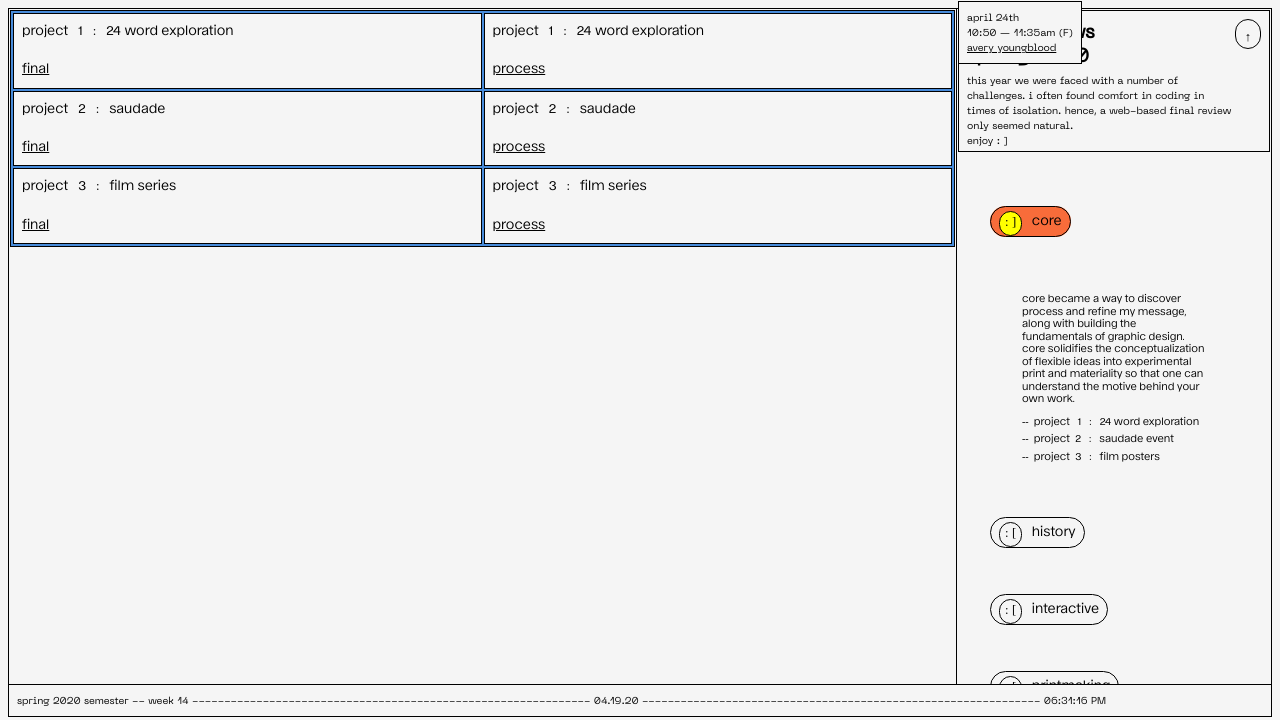
Repository: ayoungblood2/Spring-Semester-2020
Page: index v2/classes/core.html
The author's editor kept a copy of each file at every save. The page is drawn from the files as they stood at one save, then again after the next save.
The browser window is 1280 px wide. The pictures show the whole page.
Some web libraries are served in a nearby version.

Above is the page before, as saved 2020-04-19 21:39:25.

### index v2/classes/core.html
<html lang="en">

    <head>

        <meta charset="UTF-8">
        <meta name="viewport" content="width=device-width, initial-scale=1.0">
        <meta http-equiv="X-UA-Compatible" content="ie=edge">
        <link rel="stylesheet" href="/index v2/assets/css/main.css">

        <link rel="apple-touch-icon" sizes="180x180" href="/index v2/assets/icon/favicon_io/apple-touch-icon.png">
        <link rel="icon" type="image/png" sizes="32x32" href="/index v2/assets/icon/favicon_io/favicon-32x32.png">
        <link rel="icon" type="image/png" sizes="16x16" href="/index v2/assets/icon/favicon_io/favicon-16x16.png">

        <!-- <META HTTP-EQUIV="refresh" CONTENT="5; URL=http://127.0.0.1:5500/index%20v2/index2.html"> -->


        <title> : ] [ :</title>


    </head>

    <body class="none">


        <div id="coords" data-html2canvas-ignore="true" style="color: black; top: 747px; left: 58px;">click(48,737)
        </div>


        <main class="Main">

            <!-- <header class="PageHeader PageHeader--home">

                <section class="PageHeader-classInfo">
                    april 24th
                    <br>10:50 — 11:35am (F)
                    <br><a href="https://www.art.yale.edu/AveryYoungblood" target="_blank"
                        class="PageHeader--link">avery
                        youngblood</a>
                </section>
            </header>

            <header class="PageHeader PageHeader--home">
                <section class="PageHeader-classInfo">
                    welcome,
                    <br> please email me
                    <br><a href="avery.youngblood@yale.edu" class="PageHeader--link">feedback here</a>
                </section>
            </header> -->




            <header class="grid-container">
                <a href="/index v2/classes/core-prct1-1.html" class="PageHeader--link--2">
                    <section class="grid-item">
                        project&nbsp;&nbsp;&nbsp;1&nbsp;&nbsp;&nbsp;:&nbsp;&nbsp;&nbsp;24 word
                        exploration
                        <br>&nbsp;
                        <br><span style="text-decoration: underline;">final</span>
                    </section>
                </a>

                <a href="/index v2/classes/core-prct1-2.html" class="PageHeader--link--2">
                    <section class="grid-item">
                        project&nbsp;&nbsp;&nbsp;1&nbsp;&nbsp;&nbsp;:&nbsp;&nbsp;&nbsp;24 word
                        exploration
                        <br>&nbsp;
                        <br><span style="text-decoration: underline;">process</span>
                    </section>
                </a>

                <a href="/index v2/classes/core-prct2-1.html" class="PageHeader--link--2">
                    <section class="grid-item">
                        project&nbsp;&nbsp;&nbsp;2&nbsp;&nbsp;&nbsp;:&nbsp;&nbsp;&nbsp;saudade
                        <br>&nbsp;
                        <br><span style="text-decoration: underline;">final</span>
                    </section>
                </a>

                <a href="/index v2/classes/core-prct2-2.html" class="PageHeader--link--2">
                    <section class="grid-item">
                        project&nbsp;&nbsp;&nbsp;2&nbsp;&nbsp;&nbsp;:&nbsp;&nbsp;&nbsp;saudade
                        <br>&nbsp;
                        <br><span style="text-decoration: underline;">process</span>
                    </section>
                </a>

                <a href="/index v2/classes/core-prct3-1.html" class="PageHeader--link--2">
                    <section class="grid-item">
                        project&nbsp;&nbsp;&nbsp;3&nbsp;&nbsp;&nbsp;:&nbsp;&nbsp;&nbsp;film series
                        <br>&nbsp;
                        <br><span style="text-decoration: underline;">final</span>
                    </section>
                </a>

                <a href="/index v2/classes/core-prct3-2.html" class="PageHeader--link--2">
                    <section class="grid-item">
                        project&nbsp;&nbsp;&nbsp;3&nbsp;&nbsp;&nbsp;:&nbsp;&nbsp;&nbsp;film series
                        <br>&nbsp;
                        <br><span style="text-decoration: underline;">process</span>
                    </section>
                </a>

            </header>

        </main>





        <header class="Header">

            <a href="/index v2/index2.html" class="Header-link">
                <div class="wrapper">

                    <span class="Header-title">
                        <h2>
                            <span class="Header-span">final reviews</span>
                            <span class="Header-span">spring 2020</span></h2>
                        <br>
                        <div class="content">
                            <p> this year we were faced with a number of challenges.
                                i often found comfort in coding in times of isolation.
                                hence, a web-based final review only seemed natural. </p>
                            <p> enjoy : ] </p>

                    </span>
                    </span>

                </div>

                </div>
                <button onClick="window.location.href=window.location.href" class="Header-arrow">
                    ↑
                </button>

            </a>


            <nav class="Nav is-home">

                <ul class="Nav-list">

                    <li class="Nav-item ">
                        <span>
                            <a href="/index v2/index2.html" class="Nav-link-2" href="#" data-target="core">
                                core
                            </a>
                        </span>
                        <img src="/index v2/classes/core/project1/Avery_Slang_BW.png"
                            style="width:150%;transform:rotate(20deg);" class="page-header" />

                    </li>

                    <li class="more">
                        core became a way to discover process and refine my message, along with building the
                        fundamentals of graphic design.
                        core solidifies the conceptualization of flexible ideas into experimental print and
                        materiality so that one can understand the motive behind your own work.
                        <br><br><br>
                        <p>--&nbsp;&nbsp;project&nbsp;&nbsp;&nbsp;1&nbsp;&nbsp;&nbsp;:&nbsp;&nbsp;&nbsp;24 word
                            exploration</p>
                        <br>
                        <p>--&nbsp;&nbsp;project&nbsp;&nbsp;2&nbsp;&nbsp;&nbsp;:&nbsp;&nbsp;&nbsp;saudade event</p>
                        <br>
                        <p>--&nbsp;&nbsp;project&nbsp;&nbsp;3&nbsp;&nbsp;&nbsp;:&nbsp;&nbsp;&nbsp;film posters</p>
                    </li>





                    <li class="Nav-item ">
                        <span>
                            <a href="/index v2/classes/history.html"
                                class="Nav-link view-more view-less" href="#" data-target="history">
                                history
                            </a>
                        </span>
                        <img src="/index v2/classes/history/other images/event_default_31_1.jpg"
                            style="width:60%;transform:rotate(-50deg);margin:50px;" />
                        <ul id="history" class="viewing-less">

                            <li class="more">
                                this semester history provided me with context for design. instead of conceptualizing
                                from
                                personal ideation,
                                my process became reversed in history of graphic design. i found myself working from
                                historical references first,
                                then contextualizing into my own design language.
                                <br><br><br>
                                <p>--&nbsp;&nbsp;project&nbsp;&nbsp;&nbsp;1&nbsp;&nbsp;&nbsp;:&nbsp;&nbsp;&nbsp;sf
                                    psychedelic rock posters</p>
                                <br>
                                <p>--&nbsp;&nbsp;project&nbsp;&nbsp;2&nbsp;&nbsp;&nbsp;:&nbsp;&nbsp;&nbsp;designer
                                    accordion
                                </p>
                                <br>
                                <p>--&nbsp;&nbsp;project&nbsp;&nbsp;3&nbsp;&nbsp;&nbsp;:&nbsp;&nbsp;&nbsp;reading</p>
                                <br>
                                <p>--&nbsp;&nbsp;project&nbsp;&nbsp;4&nbsp;&nbsp;&nbsp;:&nbsp;&nbsp;&nbsp;research &
                                    resources</p>
                            </li>
                        </ul>
                    </li>


                    <li class="Nav-item ">
                        <span>
                            <a href="/index v2/classes/interactive.html"
                                class="Nav-link view-more view-less" href="#" data-target="interact">
                                interactive
                            </a>
                        </span>
                        <img src="/index v2/classes/interactive/web-as-site.png"
                            style="width:70%;transform:rotate(2deg);margin-top:300px;margin-left:300px;" />
                        <ul id="interact" class="viewing-less">

                            <li class="more">
                                we covered a lot in interactive this semester.
                                i've been actively learning HTML, CSS, and JavaScript, and experimenting ways to
                                introduce
                                these methods into my everyday studio practice.
                                the readings we had about the internet and the relationship to
                                embodied experience were eye-opening discussions.
                                everything of what i thought web-design "should-be" vanished. all expectations and
                                rules,
                                gone.
                                i learned there is a space for art in the web-space.
                                i appreciate the freedom of expression and encouragement of creativity from
                                conceptually-driven prompts in this class.
                                i want to incorporate this new perspective of organizing and translating design/process
                                into
                                an interactive space.
                                <br><br><br>
                                <p>--&nbsp;&nbsp;project&nbsp;&nbsp;&nbsp;1&nbsp;&nbsp;&nbsp;:&nbsp;&nbsp;&nbsp;list</p>
                                <br>
                                <p>--&nbsp;&nbsp;project&nbsp;&nbsp;2&nbsp;&nbsp;&nbsp;:&nbsp;&nbsp;&nbsp;clock</p>
                                <br>
                                <p>--&nbsp;&nbsp;project&nbsp;&nbsp;3&nbsp;&nbsp;&nbsp;:&nbsp;&nbsp;&nbsp;reading &
                                    resources</p>
                            </li>
                        </ul>
                    </li>


                    <li class="Nav-item ">
                        <span>
                            <a href="/index v2/classes/printmaking.html"
                                class="Nav-link view-more view-less" href="#" data-target="print">
                                printmaking
                            </a>
                        </span>
                        <img src="/index v2/classes/printmaking/reference pics/Screen Shot 2020-04-16 at 5.17.14 AM.png"
                            style="width:50%;transform:rotate(20deg);margin-top:200px;margin-left:10px;" />
                        <ul id="print" class="viewing-less">

                            <li class="more">
                                printmaking considers ways in which multiplicity, circulation, and archives have
                                functioned
                                within contemporary print based artworks.
                                We had visits to on-campus collections, collaborative studio work, and in class
                                discussions
                                of pertinent texts aim to place the
                                making of printed media within an expansive field of art practices.
                                Although, the second part of the semester was to focus on
                                how these concepts, materials, and forms connect to our own individual studio practices
                                through projects and printshop demonstrations focusing on the stencil and the book (we
                                still
                                had discussions of what we'd like to pursue in the future).
                                <br><br><br>
                                <p>--&nbsp;&nbsp;project&nbsp;&nbsp;&nbsp;1&nbsp;&nbsp;&nbsp;:&nbsp;&nbsp;&nbsp;reading
                                </p>
                                <br>
                                <p>--&nbsp;&nbsp;project&nbsp;&nbsp;2&nbsp;&nbsp;&nbsp;:&nbsp;&nbsp;&nbsp;research &
                                    resources</p>
                                <br>
                                <p>--&nbsp;&nbsp;project&nbsp;&nbsp;3&nbsp;&nbsp;&nbsp;:&nbsp;&nbsp;&nbsp;chapel street
                                    pole
                                </p>
                                <br>
                                <p>--&nbsp;&nbsp;project&nbsp;&nbsp;4&nbsp;&nbsp;&nbsp;:&nbsp;&nbsp;&nbsp;commissioned
                                    publication</p>
                            </li>
                        </ul>
                    </li>


                    <li class="Nav-item ">
                        <span>
                            <a href="/index v2/classes/independent.html"
                                class="Nav-link view-more view-less" href="#" data-target="ind">
                                independent
                            </a>
                        </span>
                        <img src="/index v2/classes/independent/we-need-to-talk/Screen Shot 2020-04-18 at 4.32.22 AM.png"
                            style="width:80%;transform:rotate(-63deg);margin:20px;" />
                        <ul id="ind" class="viewing-less">

                            <li class="more">
                                collaboration on all fronts. alvin (prelim GD) and amina (1st yr sculpture) became my
                                close
                                allies this semester.
                                our personal interests led the way in cultivating close-relationships,
                                along with intriguing long-term projects that i'm excited to continue and develop over
                                the
                                years.
                                <br>
                                the second half of the semester my attention and time became devoted to the covid-19
                                cause -
                                writing
                                and meeting and organizing 24/7 to work towards active nationwide solutions for the
                                future
                                of education.
                                <br><br><br>
                                <p>--&nbsp;&nbsp;project&nbsp;&nbsp;&nbsp;1&nbsp;&nbsp;&nbsp;:&nbsp;&nbsp;&nbsp;we-need-to-talk
                                </p>
                                <br>
                                <p>--&nbsp;&nbsp;project&nbsp;&nbsp;2&nbsp;&nbsp;&nbsp;:&nbsp;&nbsp;&nbsp;sonic rupture
                                </p>
                                <br>
                                <p>--&nbsp;&nbsp;project&nbsp;&nbsp;3&nbsp;&nbsp;&nbsp;:&nbsp;&nbsp;&nbsp;log & letters
                                </p>
                            </li>
                        </ul>
                    </li>
            </nav>


            <header class="PageHeader PageHeader--home" style="top:0;position:fixed;">

                <section class="PageHeader-classInfo">
                    april 24th
                    <br>10:50 — 11:35am (F)
                    <br><a href="https://www.art.yale.edu/AveryYoungblood" target="_blank" class="PageHeader--link">avery
                        youngblood</a>
                </section>
            </header>

            <header class="PageHeader PageHeader--home">
                <section class="PageHeader-classInfo">
                    welcome,
                    <br> please email me
                    <br><a href="mailto:avery.youngblood@yale.edu" target="_blank" class="PageHeader--link">feedback here</a>
                </section>
            </header>

        </header>

        <span class="TimeStamp">spring semester week 01 04.15.20 05:07:06 PM</span>

        <script src="//ajax.googleapis.com/ajax/libs/jquery/1.7.1/jquery.min.js" type="text/javascript"></script>
        <script src="https://cdnjs.cloudflare.com/ajax/libs/moment.js/2.20.1/moment.min.js"></script>
        <script src="/index v2/assets/js/main.js"></script>
        <script src="/index v2/assets/js/scripts.js"></script>
        <script src="/index v2/assets/js/html2canvas.js"></script>




    </body>


</html>

<!-- yale school of art --
graphic design --
preliminary year --
final reviews --
spring 2020 -->

Loaded but not shown: index v2/assets/js/html2canvas.js (library); index v2/assets/js/scripts.js (193 lines, source omitted); index v2/assets/js/main.js (113 lines, source omitted); index v2/assets/css/main.css (1061 lines, source omitted)

After the next save:
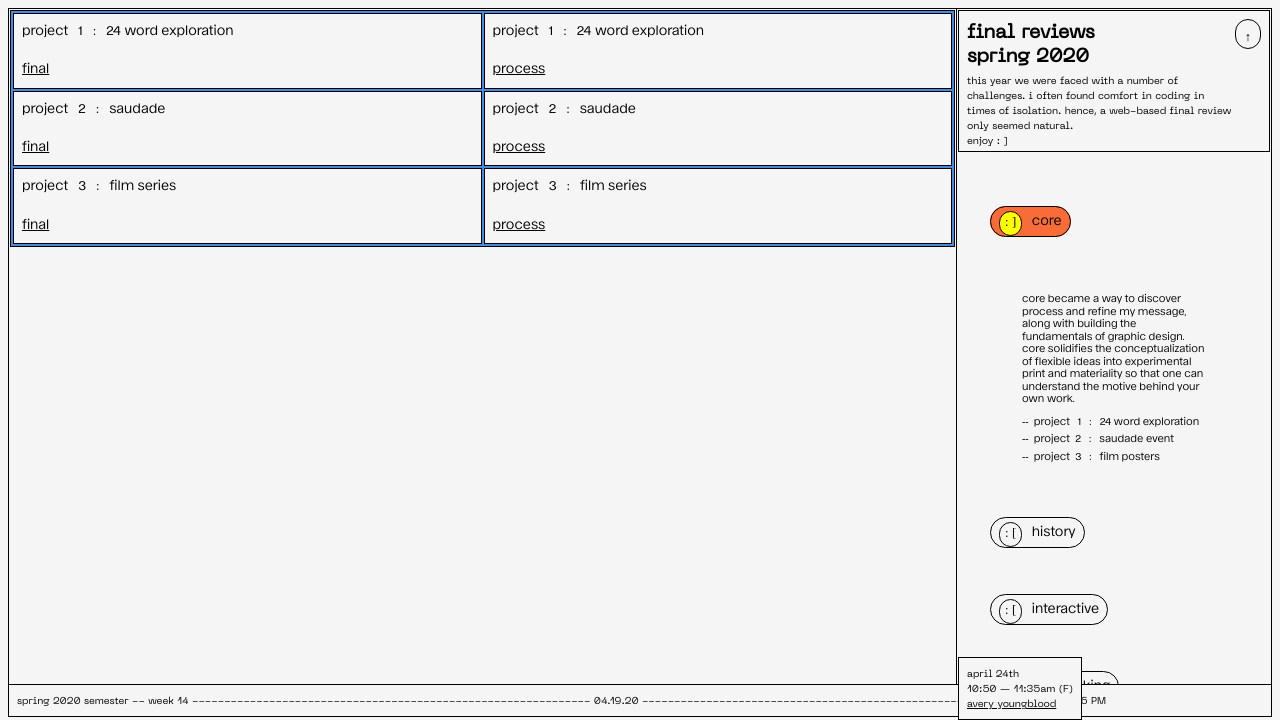
Saved 5 s later.
--- a/index v2/classes/core.html
+++ b/index v2/classes/core.html
@@ -328,7 +328,7 @@
             </nav>
 
 
-            <header class="PageHeader PageHeader--home" style="top:0;position:fixed;">
+            <header class="PageHeader PageHeader--home" style="bottom:0;position:fixed;">
 
                 <section class="PageHeader-classInfo">
                     april 24th
